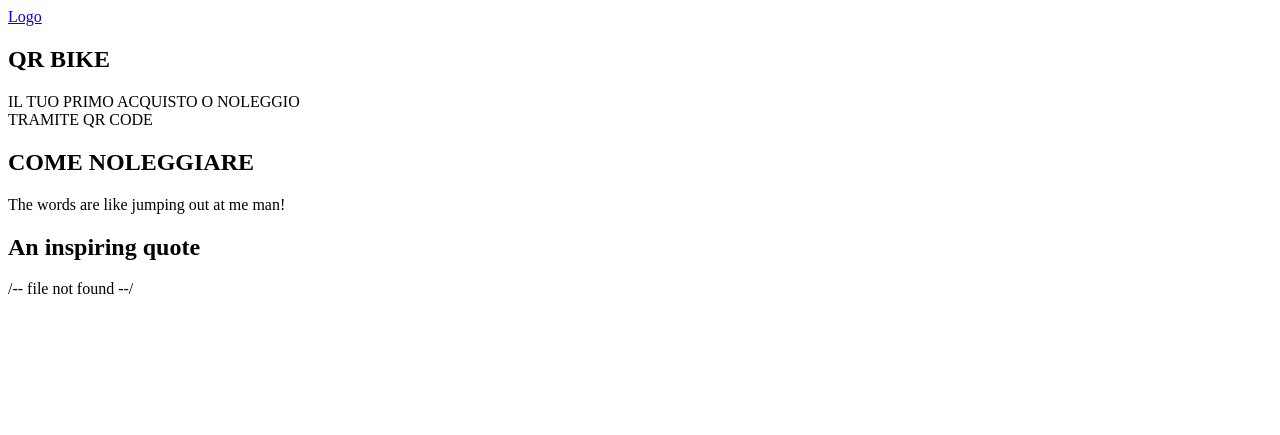
Repository: andrealepori/qrbike
Page: index.html
These files come from the project's save history. The page is drawn as it stood at one moment and after the next save; the edit follows.
The browser window is 1280 px wide. The pictures show the whole page.

Above is the page before, as saved 2020-09-16 15:34:42.

After the next save:
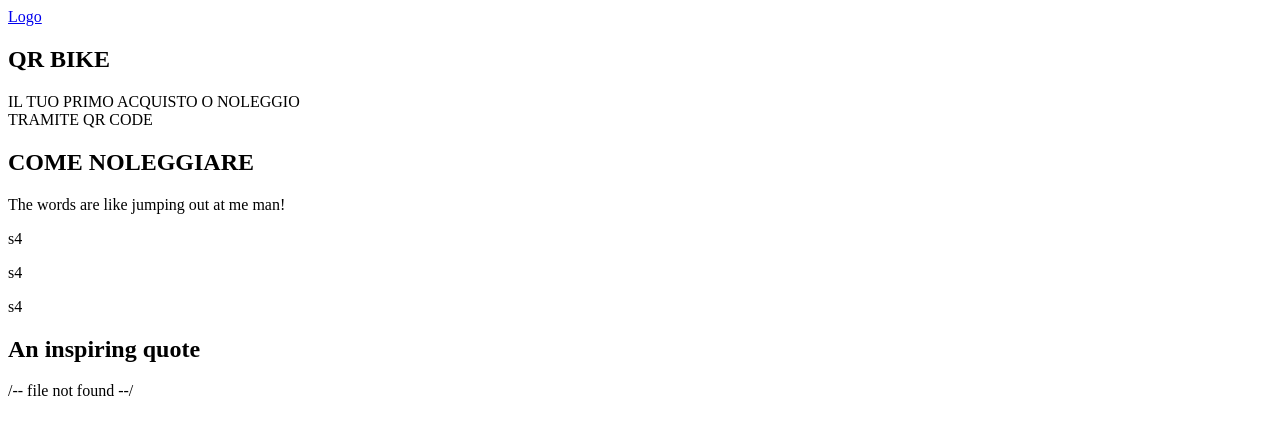
Saved 83 s later.
--- a/index.html
+++ b/index.html
@@ -41,6 +41,19 @@
 
 
 
+<div class="w3-row">
+  <div class="w3-col s4 w3-green w3-center">
+    <p>s4</p>
+  </div>
+  <div class="w3-col s4 w3-dark-grey w3-center">
+    <p>s4</p>
+  </div>
+  <div class="w3-col s4 w3-red w3-center">
+    <p>s4</p>
+  </div>
+</div>
+
+
   <section class="content">
     <div class="inner">
       <div class="copy">

After the save that followed:
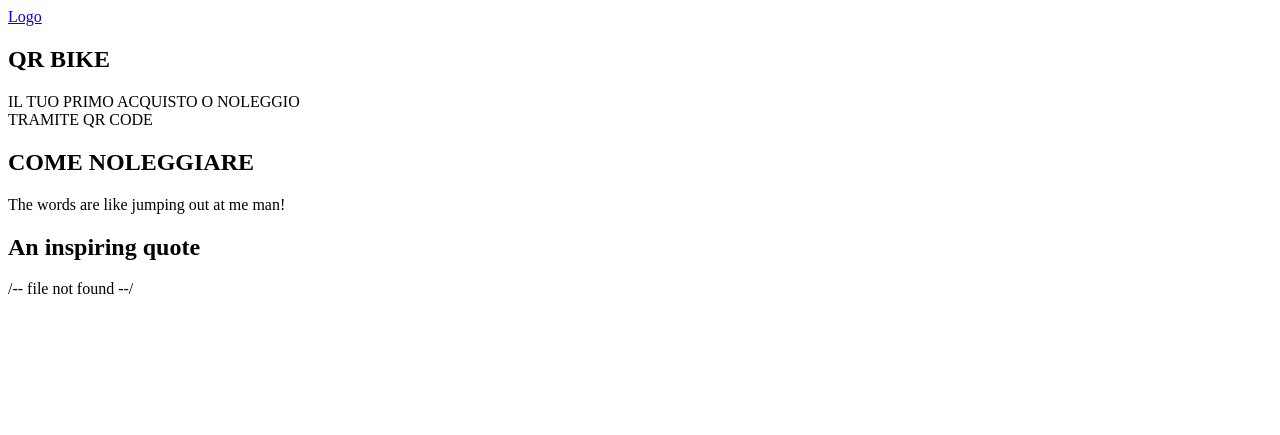
Saved 13 s later.
--- a/index.html
+++ b/index.html
@@ -41,19 +41,6 @@
 
 
 
-<div class="w3-row">
-  <div class="w3-col s4 w3-green w3-center">
-    <p>s4</p>
-  </div>
-  <div class="w3-col s4 w3-dark-grey w3-center">
-    <p>s4</p>
-  </div>
-  <div class="w3-col s4 w3-red w3-center">
-    <p>s4</p>
-  </div>
-</div>
-
-
   <section class="content">
     <div class="inner">
       <div class="copy">
